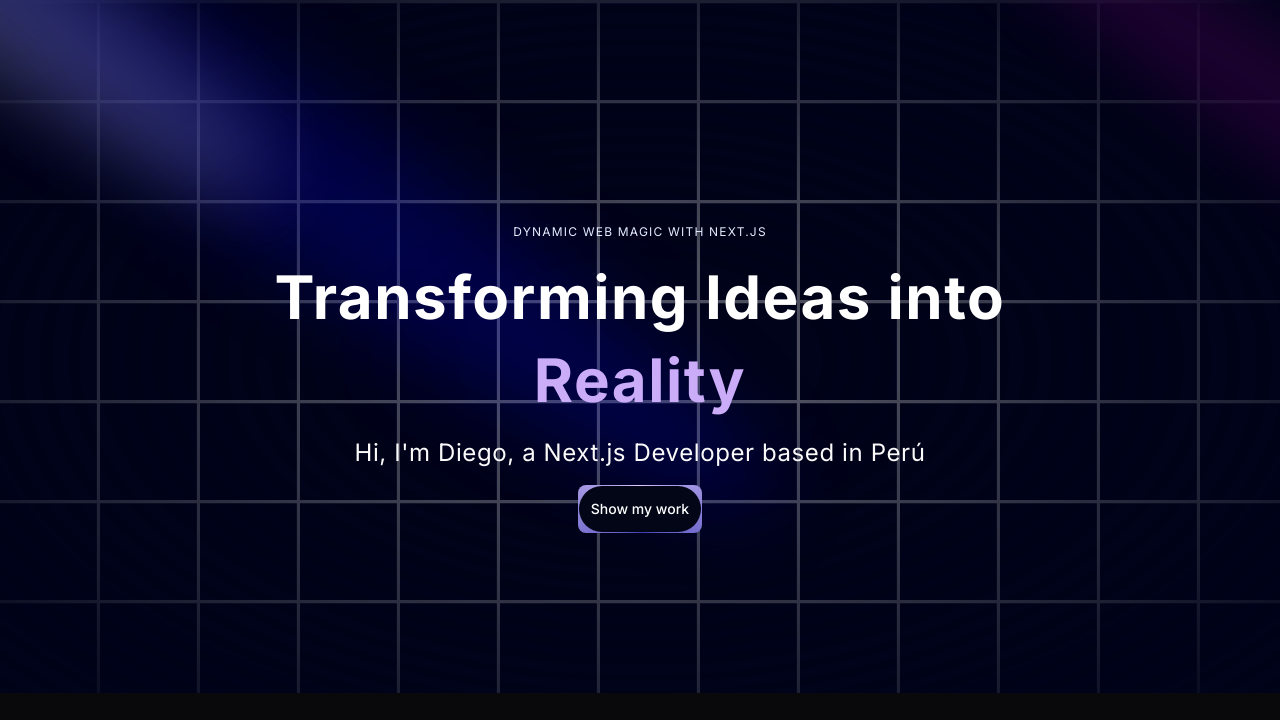
Repository: drsamame/portfolio.next
Page: /
An editor plug-in stored every save of this project. The page is shown before and after the next save, followed by the edit.
The browser window is 1280 px wide. The pictures show the whole page.
The project was rebuilt for these pictures with package versions that can differ from the ones it lists, and the page was loaded fresh each time. The framework's server and built-in components were replaced by stand-ins that run in the browser. Also part of the build but not shown: next.config.mjs.

Above is the page before, as saved 2024-07-02 17:57:07.

After the next save:
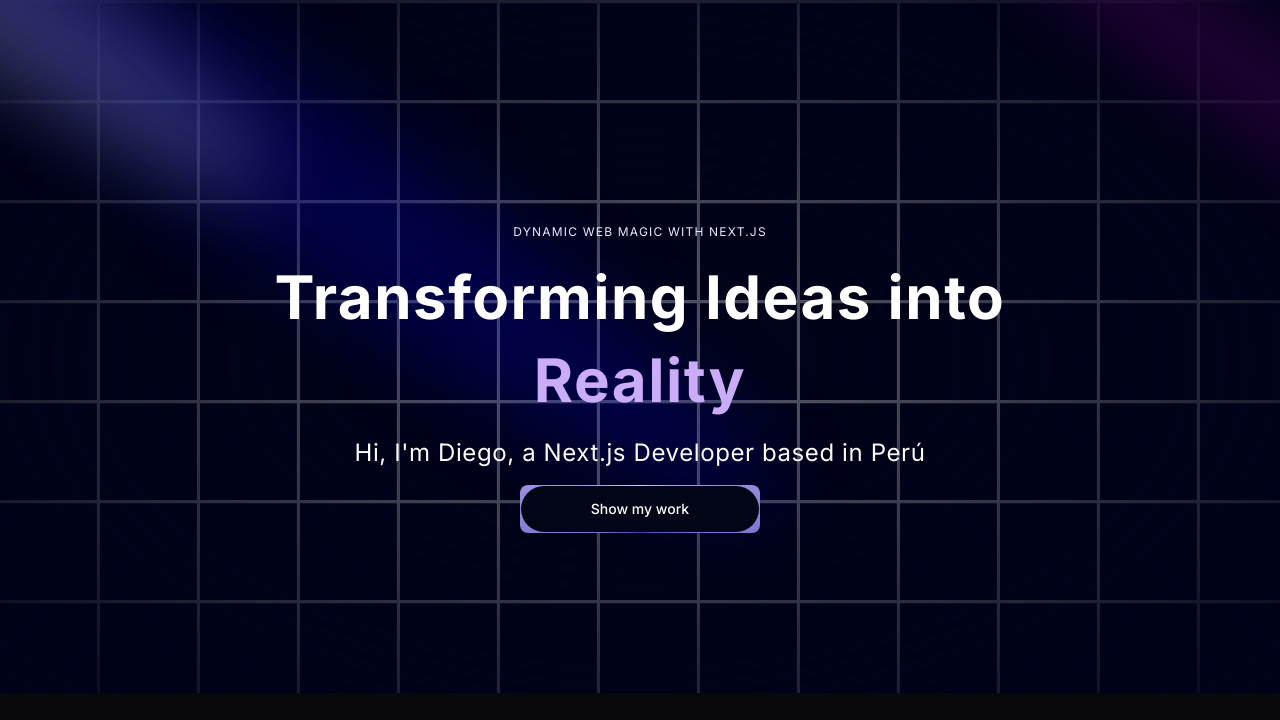
Saved 37 s later.
--- a/components/ui/MagicButton.tsx
+++ b/components/ui/MagicButton.tsx
@@ -2,7 +2,7 @@
 
 function MagicButton({ title, icon, position, handleClick, otherClases }: { title: string; icon: string; position: string; handleClick: () => void; otherClases?: string }) {
 	return (
-		<button className="relative inline-flex h-12 overflow-hidden rounded-lg p-[1px] ">
+		<button className="relative inline-flex h-12 overflow-hidden rounded-lg p-[1px] focus:outline-none md:w-60">
 			<span className="absolute inset-[-1000%] animate-[spin_2s_linear_infinite] bg-[conic-gradient(from_90deg_at_50%_50%,#E2CBFF_0%,#393BB2_50%,#E2CBFF_100%)]" />
 			<span className="inline-flex h-full w-full cursor-pointer items-center justify-center rounded-full bg-slate-950 px-3 py-1 text-sm font-medium text-white backdrop-blur-3xl">
 				{title}
